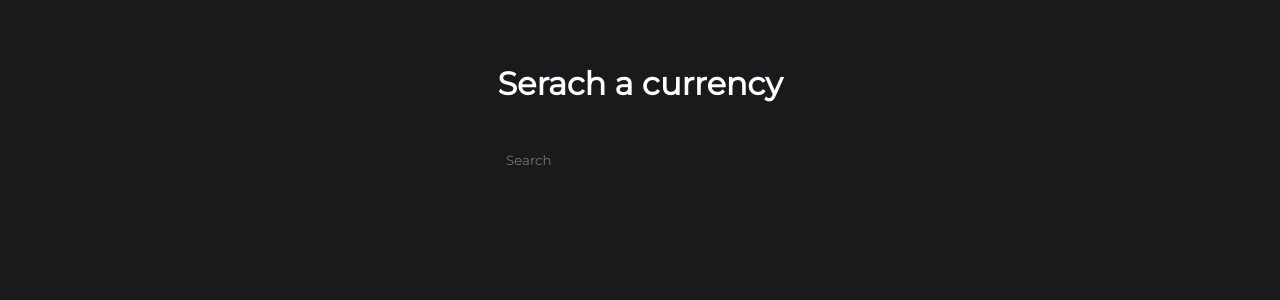
Repository: Malooyyy/crypto-tracker
Page: /
An editor plug-in stored every save of this project. The page is shown before and after the next save, followed by the edit.
The browser window is 1280 px wide. The pictures show the whole page.
The page's requests for data from a server got no answer. The project was rebuilt for these pictures with package versions that can differ from the ones it lists, and the page was loaded fresh each time. No one was signed in, and anything a server would have sent is missing. Also part of the build but not shown: src/Coin.css, src/Coin.js.

Above is the page before, as saved 2022-06-29 00:11:34.

### src/index.css
@import url('https://fonts.googleapis.com/css2?family=Montserrat&display=swap');

* {
  box-sizing: border-box;
  margin: 0;
  padding: 0;
  font-family: 'Montserrat', sans-serif;
  background-color: #1a1a1c;
  color: #fff;
}

.coin-app {
  display: flex;
  flex-direction: column;
  align-items: center;
  margin-top: 64px;
  color: #fff;
}

.coin-search {
  margin-bottom: 64px;
  display: flex;
  flex-direction: column;
  justify-content: center;
  align-items: center;
}

.coin-text {
  margin-bottom: 32px;
  text-align: center;
}

.coin-input {
  padding-left: 16px;
  width: 300px;
  height: 50px;
  border-radius: 4px;
  border: none;
  border-image: Linear-gradient(-225deg, #ac32e4 0%, #7918f2, #4801ff 100%);
  color: #e2e2e2;
}

### src/App.js
import React, {useEffect, useState} from 'react';
import axios from 'axios';
import Coin from './Coin.js'


function App() {
  const[coins, setCoins] = useState([]);
  const [search, setSearch] = useState('')

  useEffect(() => {
    axios
    .get('https://api.coingecko.com/api/v3/coins/markets?vs_currency=usd&order=market_cap_desc&per_page=100&page=1&sparkline=false')
    .then(res => {
      setCoins(res.data);
    })
    .catch( error => console.log(error));
  }, []);

  const handleChange = e => {
    setSearch(e.target.value)
  }

  const filteredCoins = coins.filter(coin =>
    coin.name.toLowerCase().includes(search.toLowerCase())
    )

  return (
    <div className="coin-app">
      <div className="coin-serach">
        <h1 className="coin-text">Serach a currency</h1>
        <form>
          <input placeholder='Search' className='coin-input' type="text" onChange={handleChange} />
        </form>
      </div>
      {filteredCoins.map(coin => {
        return (
          <Coin key={coin.id}
          name={coin.name}
          image={coin.image}
          symbol={coin.symbol}
          marketcap={coin.market_cap}
          price={coin.current_price}
          priceChange={coin.price_change_percentage_24h}
          volume={coin.total_volume}
          />
        );
      })}
    </div>
  );
}

export default App;

Loaded but not shown: public/index.html (common file); src/index.js (common file)

After the next save:
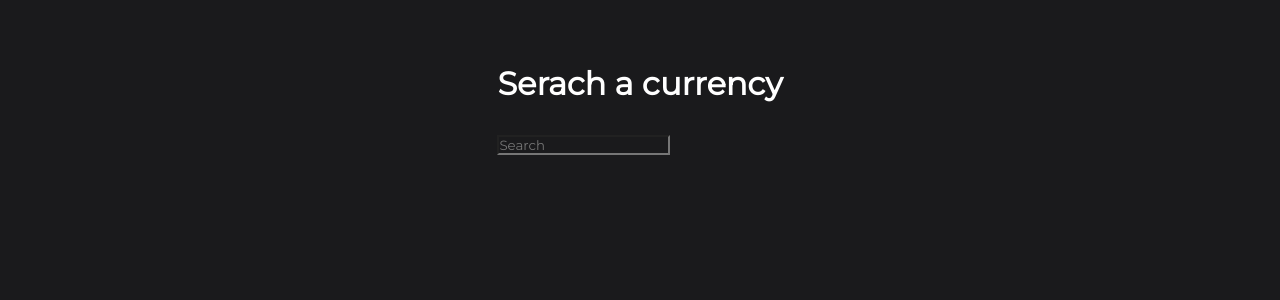
Saved 2 min 13 s later.
--- a/src/index.css
+++ b/src/index.css
@@ -30,12 +30,12 @@
   text-align: center;
 }
 
-.coin-input {
+.coin-inputs {
   padding-left: 16px;
   width: 300px;
   height: 50px;
   border-radius: 4px;
   border: none;
-  border-image: Linear-gradient(-225deg, #ac32e4 0%, #7918f2, #4801ff 100%);
+  border-image: #7918f2;
   color: #e2e2e2;
 }
